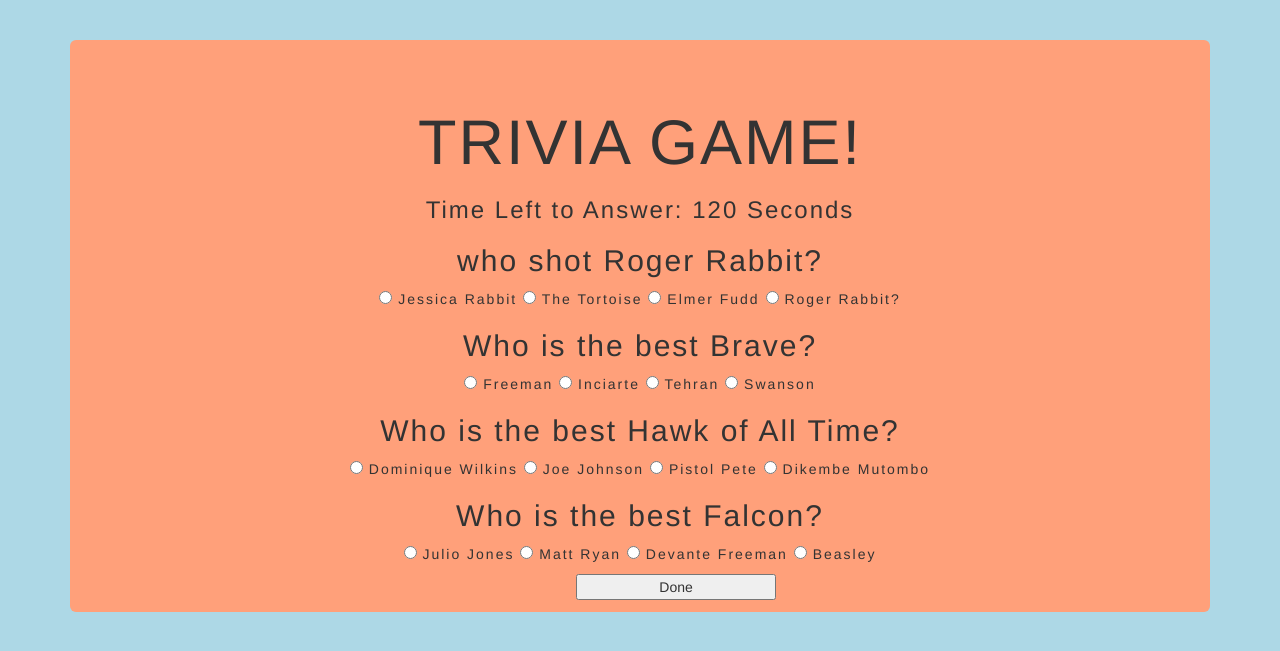
Repository: phiniezyc/TriviaGame
Page: index.html
The author's editor kept a copy of each file at every save. The page is drawn from the files as they stood at one save, then again after a run of saves.
The browser window is 1280 px wide. The pictures show the whole page.
After loading, the first visible `#startGameButton` was clicked once.
Some web libraries are served in a nearby version.

Above is the page before, as saved 2017-09-14 01:51:31.
Console error: TypeError: "#timeLeft".html is not a function

### index.html
<!DOCTYPE html>
<html lang="">
<head>
    <meta charset="utf-8">
    <meta name="viewport" content="width=device-width, initial-scale=1.0">
    <title>Quiz Game</title>
    <link rel="stylesheet" href="https://maxcdn.bootstrapcdn.com/bootstrap/3.3.7/css/bootstrap.min.css">
    <link rel="stylesheet" href="assets/css/style.css">
</head>

<body>

<div class="container">
<div class="row">

</div>
</div>
<div class="container">
    <div class="jumbotron">
        <div>
            <h1 id="gameHeading">TRIVIA GAME!</h1>
        </div>
        <div id="questionSection">
            <button id="startGameButton">Start Game</button>
        </div>
    </div>
</div>



<script src="https://ajax.googleapis.com/ajax/libs/jquery/3.2.1/jquery.min.js"></script>
<script src="assets/javascript/app.js"></script>
</body>
</html>

### assets/css/style.css
body {
    background-color: lightblue;
}



button {
    /*margin-left: 45%;*/
    /*text-align: center;*/
    width: 200px;
    position: absolute;
    left: 45%;
}


.jumbotron {
    background-color: lightsalmon;
    margin-top: 40px;
    text-align: center;
    letter-spacing: 2px;
}

#gameHeading {
    text-align: center;
}


#doneButton {
    margin-top: 10px;
}

/*
.!*answerSections {

    height: 100px;
    border-style: solid;
    border-width: 5px;
    text-align: center;
    font-size: 35px;
    width: 75%;
    margin: 0 auto;
    padding-top: 15px;
} *!*/

### assets/javascript/app.js

$("#startGameButton").on("click", function () {
    trivaScoring.startTimer();
    /* $("#startGameButton").remove();
    for (var i = 0; i < questions.length; i++) {
        $("#questionSection").append("<h2>" + questions[i].question + "</h2>");
        for (var j = 0; j < questions[i].answers.length; j++) {
            $("#questionSection").append("<input type = 'radio' name= 'questionsToAsk" + i + " 'value' " + questions[i].answers[j] + "'>" + questions[i].answers[j])
        }
    }
    $("#questionSection").after("<button value = 'hello' id = 'doneButton'> Done"); */
});

var questions = [{
    question: " who shot Roger Rabbit? ",
    answers: [" Jessica Rabbit ", " The Tortoise ", " Elmer Fudd ", " Roger Rabbit? "],
    correctAnswer: " Jessica Rabbit "
}, {
    question: " Who is the best Brave? ",
    answers: [" Freeman ", " Inciarte ", " Tehran ", " Swanson "],
    correctAnswer: "Freeman"
}, {
    question: " Who is the best Hawk of All Time? ",
    answers: [" Dominique Wilkins ", " Joe Johnson ", " Pistol Pete ", " Dikembe Mutombo "],
    correctAnswer: " Dominique Wilkins "
}, {
    question: " Who is the best Falcon? ",
    answers: [" Julio Jones ", " Matt Ryan ", " Devante Freeman ", " Beasley "],
    correctAnswer: " Julio Jones "
}];


var trivaScoring = {
    correct: 0,
    incorrect: 0,
    counter: 60,
    timeLeft: function() {
        trivaScoring.counter--;
        ("#timeLeft").html(trivaScoring.counter);
        if (trivaScoring.counter === 0) {
            console.log("You're done!");
            trivaScoring.over();
        }
    },
    startTimer: function() {
        timer = setInterval(trivaScoring.timeLeft, 1000);
        $("#questionSection").prepend("<h3>Time Left to Answer: <span id = 'timeLeft'> 120 </span> Seconds </h3>");
        $("#startGameButton").remove();
        for (var i = 0; i < questions.length; i++) {
            $("#questionSection").append("<h2>" + questions[i].question + "</h2>");
            for (var j = 0; j < questions[i].answers.length; j++) {
                $("#questionSection").append("<input type = 'radio' name= 'questionsToAsk" + i + " 'value' " + questions[i].answers[j] + "'>" + questions[i].answers[j])
            }
        }
        $("#questionSection").after("<button value = 'hello' id = 'doneButton'> Done");
    }


}

After the next 3 saves:
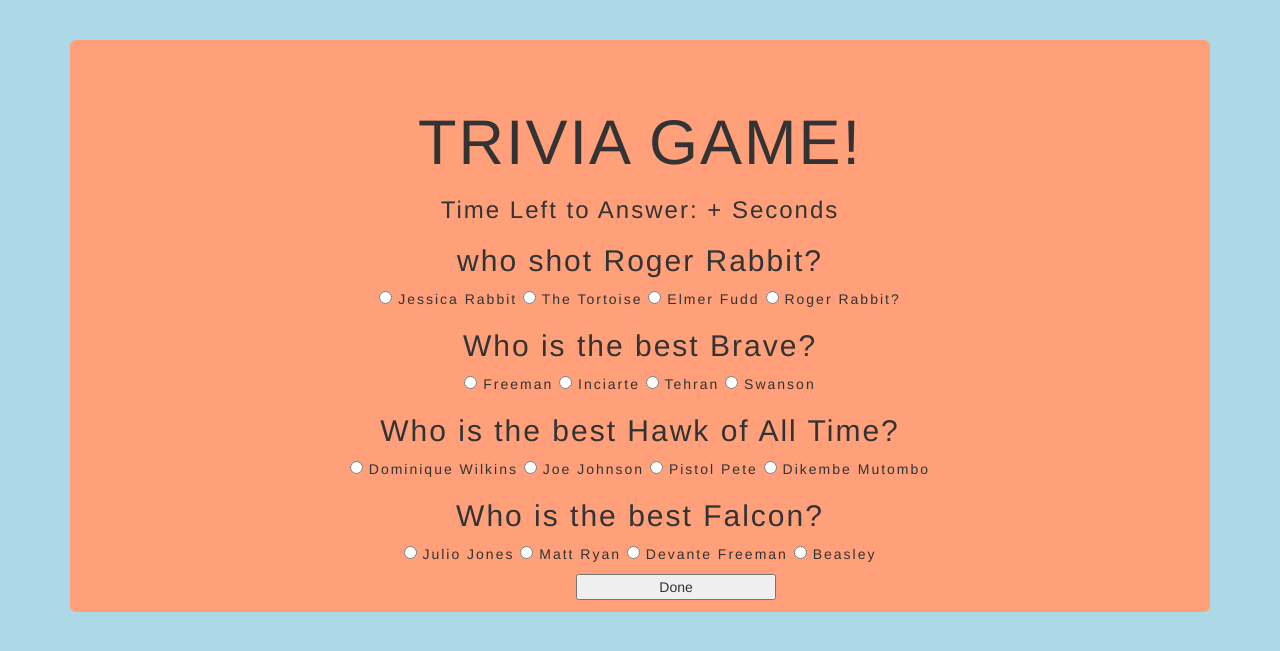
The 3 saves are shown as one change because they came seconds apart.
The last was saved 101 s later.
--- a/assets/javascript/app.js
+++ b/assets/javascript/app.js
@@ -44,7 +44,7 @@
     },
     startTimer: function() {
         timer = setInterval(trivaScoring.timeLeft, 1000);
-        $("#questionSection").prepend("<h3>Time Left to Answer: <span id = 'timeLeft'> 120 </span> Seconds </h3>");
+        $("#questionSection").prepend("<h3>Time Left to Answer: <span id = 'timeLeft'> + </span> Seconds </h3>");
         $("#startGameButton").remove();
         for (var i = 0; i < questions.length; i++) {
             $("#questionSection").append("<h2>" + questions[i].question + "</h2>");
